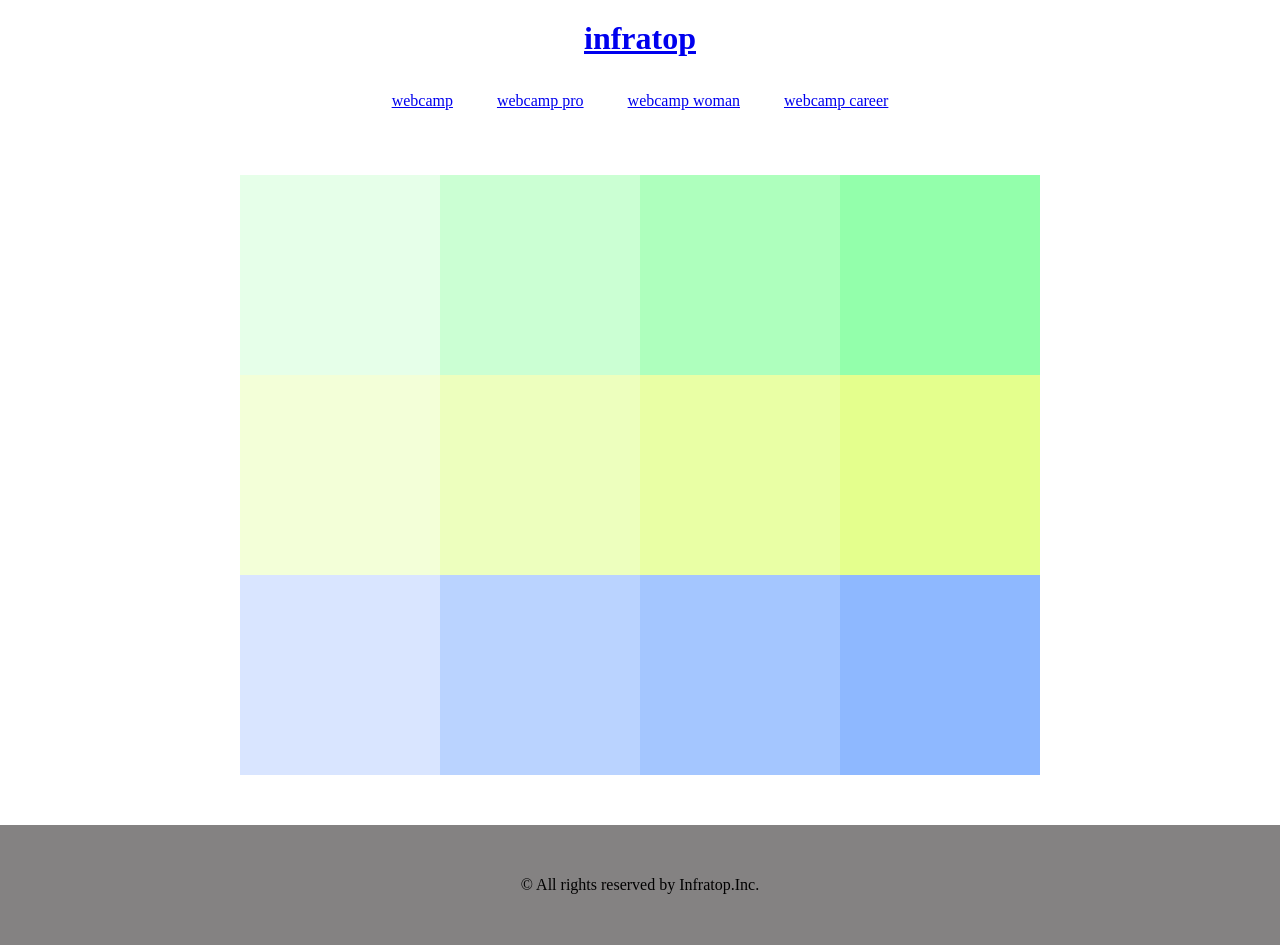
Repository: achoko3/Practice-problem
Page: chapter5/chapter5.html
The author's editor kept a record of every edit. The page is drawn from the files as they stood at one moment, then again after the next edit.
The browser window is 1280 px wide. The pictures show the whole page.

Above is the page before.

After the next edit:
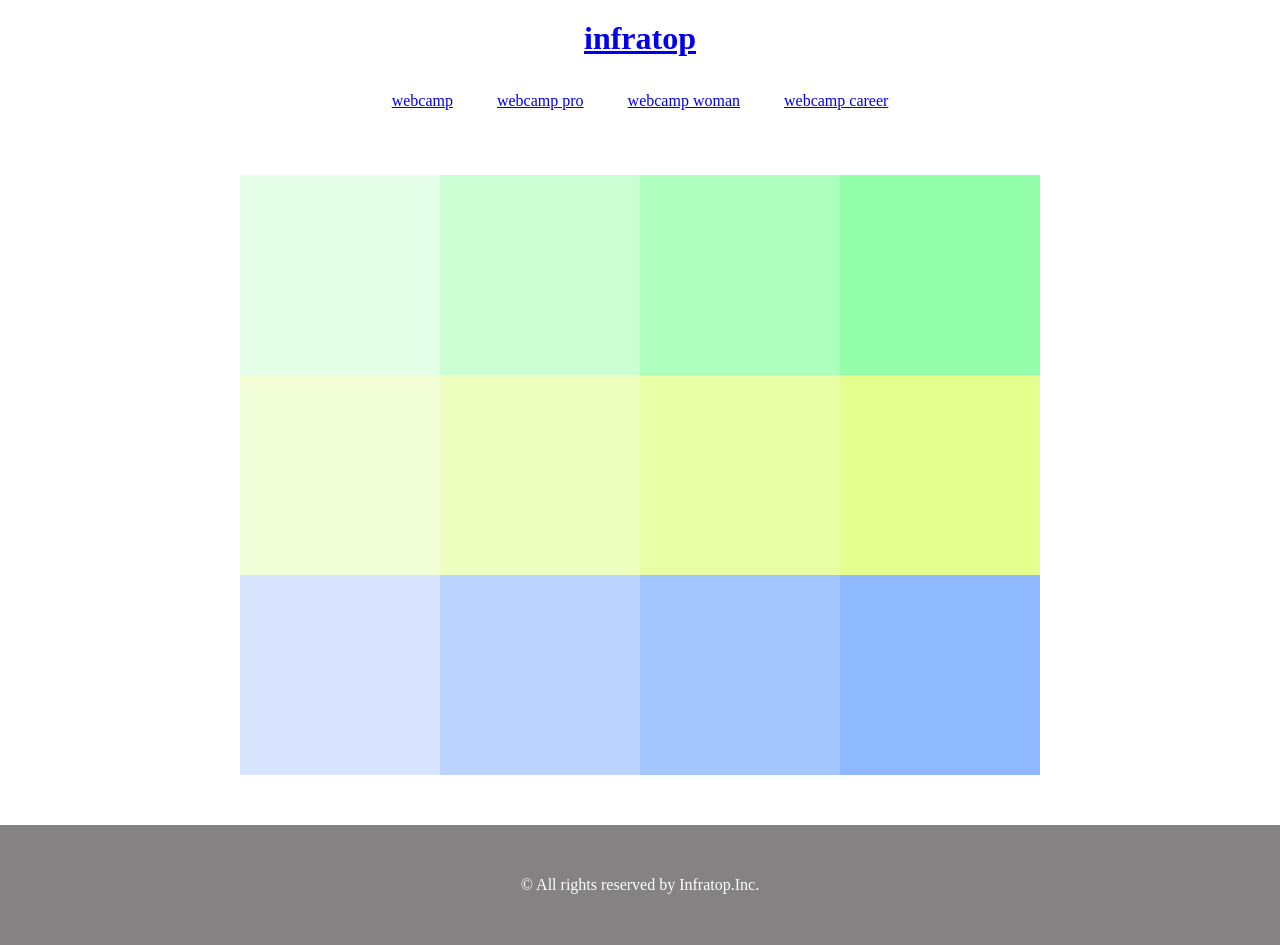
The edit:
--- a/chapter5/chapter5.css
+++ b/chapter5/chapter5.css
@@ -109,3 +109,7 @@
  line-height:120px;
  background-color:#848282;
 }
+
+.footer-text{
+ color:#fff;
+}
